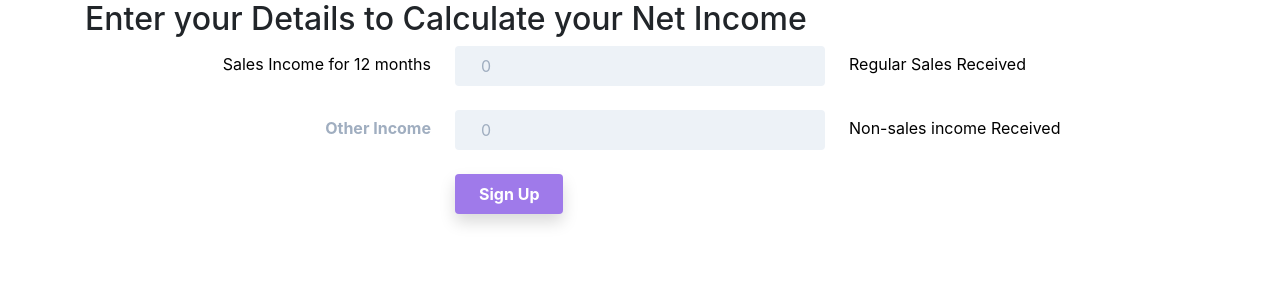
Repository: latenightsnacc/Financial-Forecast
Page: financial-forecast.html
The author's editor kept a copy of each file at every save. The page is drawn from the files as they stood at one save, then again after the next save.
The browser window is 1280 px wide. The pictures show the whole page.

Above is the page before, as saved 2020-11-15 11:39:51.

### financial-forecast.html
<!DOCTYPE html>
<html lang="en">
<head>
    <meta charset="UTF-8">
    <meta name="viewport" content="width=device-width, initial-scale=1.0">
    <!--Tailwind CDN-->
    <link rel="stylesheet" href="https://cdnjs.cloudflare.com/ajax/libs/tailwindcss/1.9.6/base.min.css" integrity="sha512-hEjkvMSM0ql6VJcNK0gTmjt9ar8F2yHeBUbJKtyvQhkkbGMhiJ4+MaiB8XxsthLAHJx5vy2I9dN0un8HiWG2LA==" crossorigin="anonymous" />
    <link rel="stylesheet" href="https://cdnjs.cloudflare.com/ajax/libs/tailwindcss/1.9.6/components.min.css" integrity="sha512-TizAONqhvXjEfRPhptSUkZNVU497PzAnXNGNUoeOjeni4dHpJ+ak+ZsyoGna20LH/yg1PvdufN1VbnVQeVDftg==" crossorigin="anonymous" />
    <link rel="stylesheet" href="https://cdnjs.cloudflare.com/ajax/libs/tailwindcss/1.9.6/tailwind.css" integrity="sha512-HY1FOTeAX9idUBWDhVDrBg8QUHBisKVQ4BCVj1jFo5z76mk87w4Rr5YGP8nBkcGmoMzqYvdeXHMOg/olF45z3g==" crossorigin="anonymous" />
    <link rel="stylesheet" href="https://cdnjs.cloudflare.com/ajax/libs/tailwindcss/1.9.6/utilities.min.css" integrity="sha512-0QJfuLKyYJWGB5hKArJW67xqMLDlR8YaLM/ZuW2mRn4NRwHNsGm7UuREc5Fu7jONHyewPKnGODY0N8G+FQbfxg==" crossorigin="anonymous" />
    <!--Bootstrap CDN-->
    <link rel="stylesheet" href="https://cdn.jsdelivr.net/npm/bootstrap@4.5.3/dist/css/bootstrap.min.css" integrity="sha384-TX8t27EcRE3e/ihU7zmQxVncDAy5uIKz4rEkgIXeMed4M0jlfIDPvg6uqKI2xXr2" crossorigin="anonymous">
    <title>Financial Forecast |Resaads Consults - Think Millenial</title>
</head>
<body>
    <div class="container">
        <!--Navigation-->
    </div>
    <div class="wrapper">
        <div class="container">
            <h2 class="title">Enter your Details to Calculate your Net Income</h2>
        </div>
        <div class="container">
            <form class="w-full max-w-none">
                <!--Sales Income-->
                <div class="md:flex md:items-center mb-6">
                  <div class="md:w-1/3">
                    <label class="block text-black font-700 md:text-right mb-1 md:mb-0 pr-4" for="inline-full-name" placeholder="0">
                      Sales Income for 12 months
                    </label>
                  </div>
                  <div class="md:w-1/3">
                    <input class="bg-gray-200 appearance-none border-2 border-gray-200 rounded w-full py-2 px-4 text-gray-700 leading-tight focus:outline-none focus:bg-white focus:border-grey-500" id="inline-full-name" type="text" placeholder="0">
                  </div>
                  <div class="md:w-1/3">
                    <label class="block text-black font-500 md:text-right mb-1 md:mb-0 pl-4 float-left" for="inline-full-name" >
                      Regular Sales Received
                    </label>
                  </div>
                </div>
                <!--Other Income-->
                <div class="md:flex md:items-center mb-6">
                  <div class="md:w-1/3">
                    <label class="block text-gray-500 font-bold md:text-right mb-1 md:mb-0 pr-4" for="inline-password">
                      Other Income
                    </label>
                  </div>
                  <div class="md:w-1/3">
                    <input class="bg-gray-200 appearance-none border-2 border-gray-200 rounded w-full py-2 px-4 text-gray-700 leading-tight focus:outline-none focus:bg-white focus:border-grey-500" id="inline-password" type="text" placeholder="0">
                  </div>
                  <div class="md:w-1/3">
                    <label class="block text-black font-500 md:text-right mb-1 md:mb-0 pl-4 float-left" for="inline-full-name" >
                      Non-sales income Received
                    </label>
                  </div>
                </div>

                <div class="md:flex md:items-center">
                  <div class="md:w-1/3"></div>
                  <div class="md:w-2/3">
                    <button class="shadow bg-purple-500 hover:bg-purple-400 focus:shadow-outline focus:outline-none text-white font-bold py-2 px-4 rounded" type="button">
                      Sign Up
                    </button>
                  </div>
                </div>
              </form>
        </div>
    </div>
    <!--Bootstrap Scripts-->
    <script src="https://code.jquery.com/jquery-3.5.1.slim.min.js" integrity="sha384-DfXdz2htPH0lsSSs5nCTpuj/zy4C+OGpamoFVy38MVBnE+IbbVYUew+OrCXaRkfj" crossorigin="anonymous"></script>
    <script src="https://cdn.jsdelivr.net/npm/popper.js@1.16.1/dist/umd/popper.min.js" integrity="sha384-9/reFTGAW83EW2RDu2S0VKaIzap3H66lZH81PoYlFhbGU+6BZp6G7niu735Sk7lN" crossorigin="anonymous"></script>
    <script src="https://cdn.jsdelivr.net/npm/bootstrap@4.5.3/dist/js/bootstrap.min.js" integrity="sha384-w1Q4orYjBQndcko6MimVbzY0tgp4pWB4lZ7lr30WKz0vr/aWKhXdBNmNb5D92v7s" crossorigin="anonymous"></script>
</body>
</html>

After the next save:
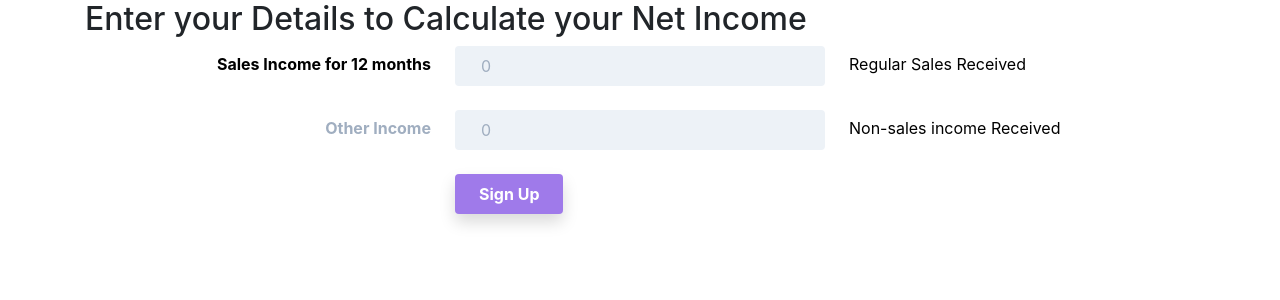
Saved 12 s later.
--- a/financial-forecast.html
+++ b/financial-forecast.html
@@ -25,7 +25,7 @@
                 <!--Sales Income-->
                 <div class="md:flex md:items-center mb-6">
                   <div class="md:w-1/3">
-                    <label class="block text-black font-700 md:text-right mb-1 md:mb-0 pr-4" for="inline-full-name" placeholder="0">
+                    <label class="block text-black font-bold md:text-right mb-1 md:mb-0 pr-4" for="inline-full-name" placeholder="0">
                       Sales Income for 12 months
                     </label>
                   </div>
